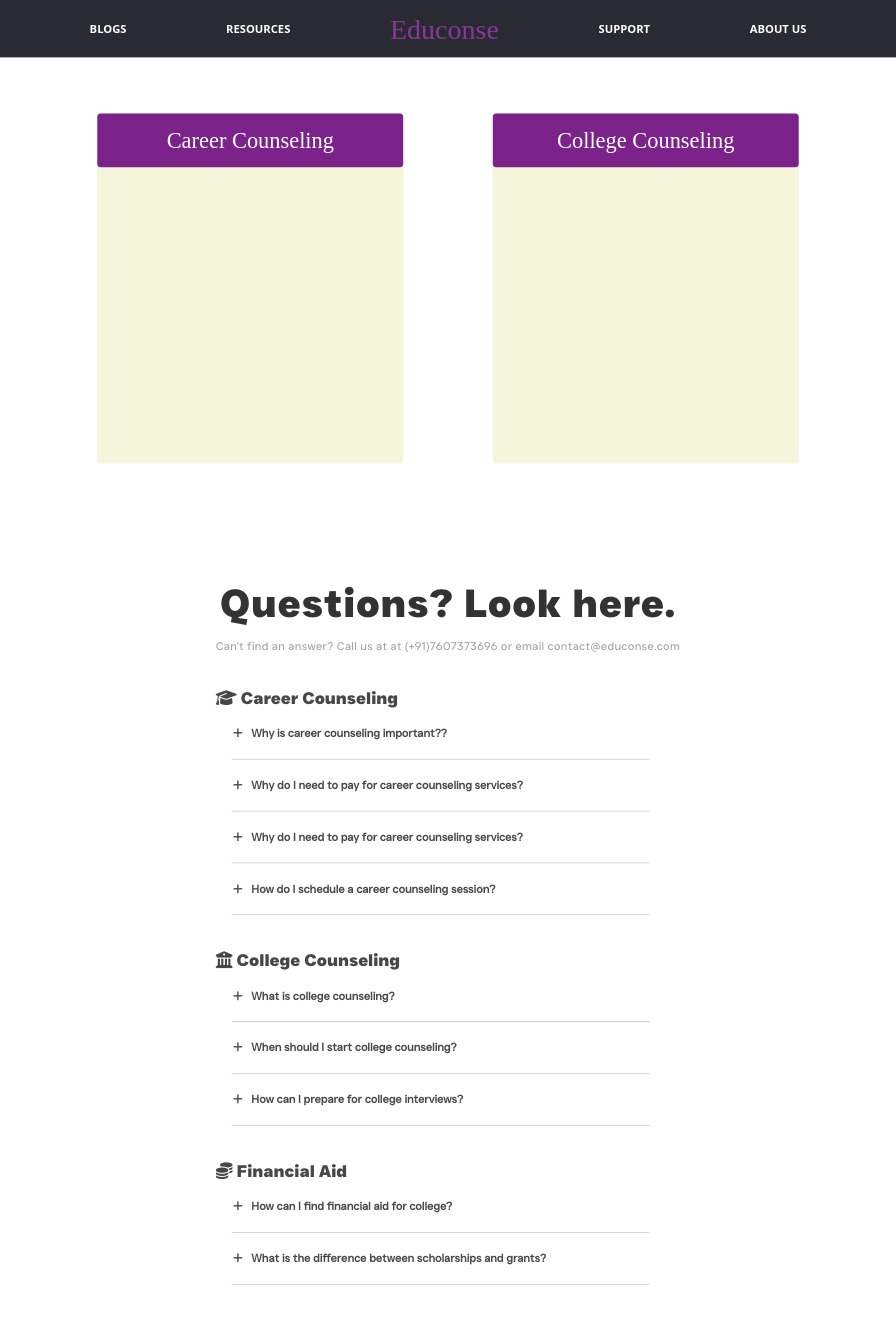
Repository: devajay07/educonse
Page: index.html
These files come from the project's save history. The page is drawn as it stood at one moment and after the next save; the edit follows.
The browser window is 1280 px wide. The pictures show the part of the page from y = 0 to 1920 px (the page is 2854 px tall before and 2772 px after), at 70% of full size.

Above is the page before, as saved 2023-10-15 01:12:03.

After the next save:
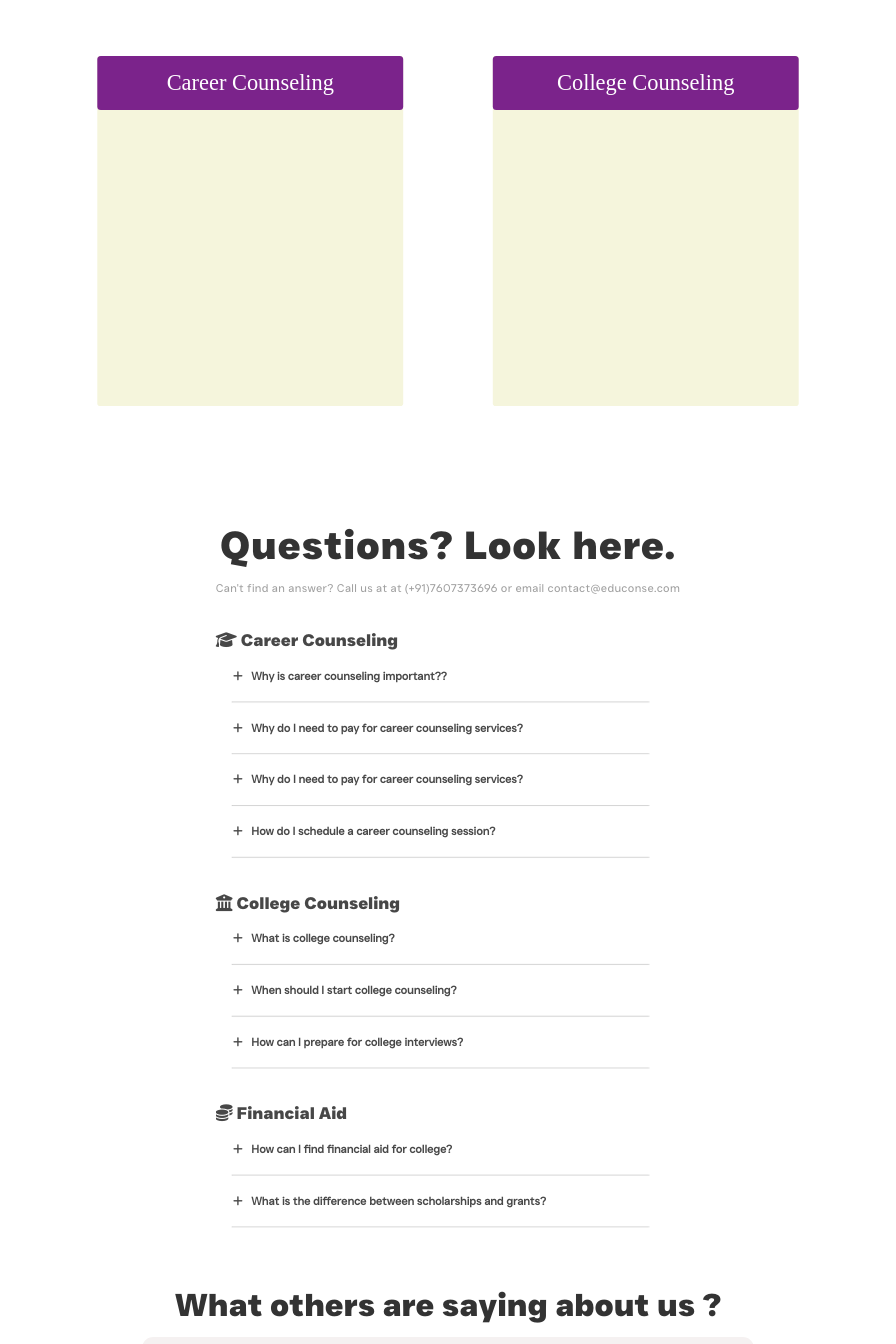
Saved 40 s later.
--- a/index.html
+++ b/index.html
@@ -14,15 +14,6 @@
     <title>Educonse - Career Counseling</title>
   </head>
   <body>
-    <nav>
-      <div class="nav-container">
-        <div class="nav-item">BLOGS</div>
-        <div class="nav-item">RESOURCES</div>
-        <div class="brand">Educonse</div>
-        <div class="nav-item">SUPPORT</div>
-        <div class="nav-item">ABOUT US</div>
-      </div>
-    </nav>
 
     <main>
       <div class="counselling-block">

After the save that followed:
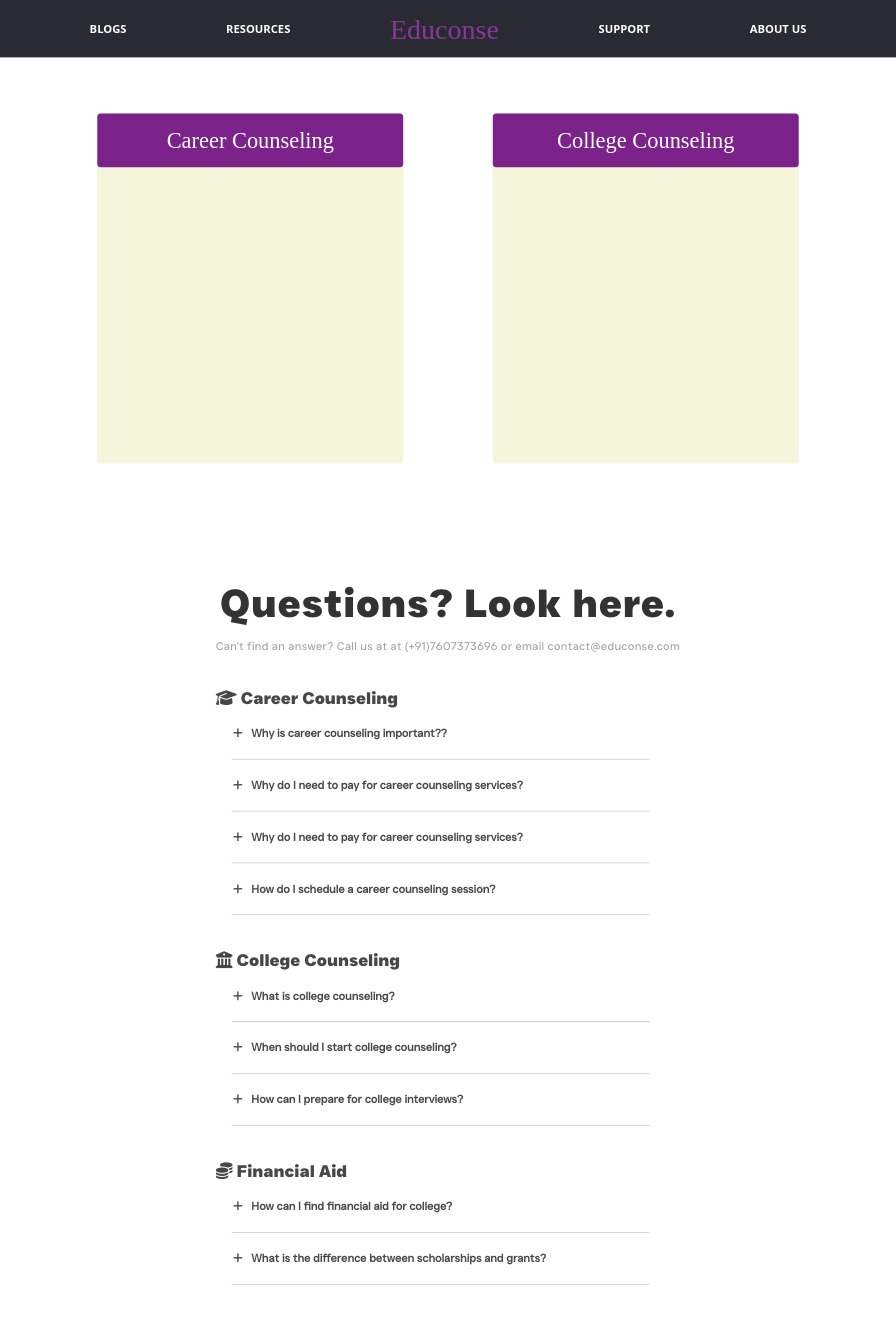
Saved 9 s later.
--- a/index.html
+++ b/index.html
@@ -14,7 +14,7 @@
     <title>Educonse - Career Counseling</title>
   </head>
   <body>
-
+    <div id="header"></div>
     <main>
       <div class="counselling-block">
         <section id="career-counseling">
